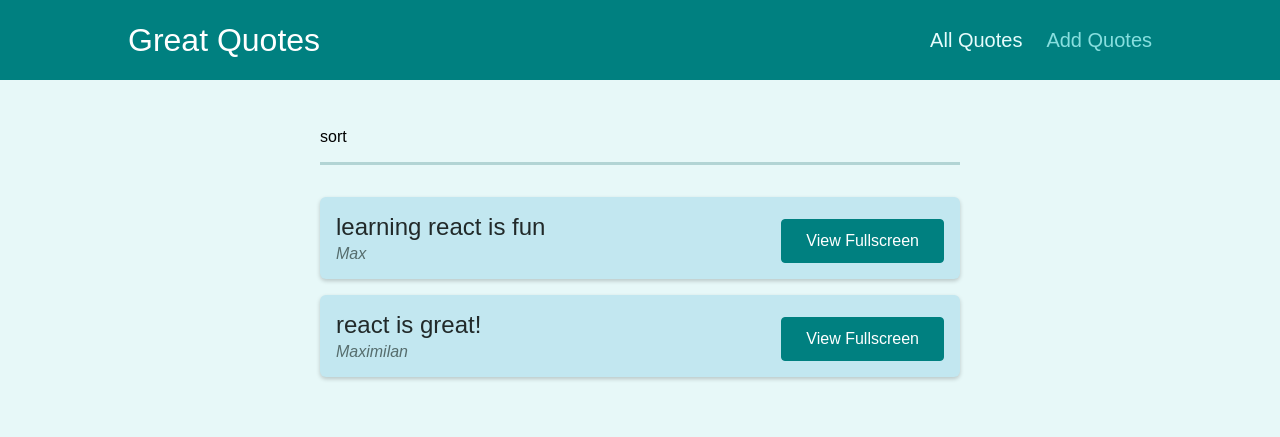
Repository: NamalPathirana/react-router-prac-two-demo
Page: /
An editor plug-in stored every save of this project. The page is shown before and after the next save, followed by the edit.
The browser window is 1280 px wide. The pictures show the whole page.
The project was rebuilt for these pictures with package versions that can differ from the ones it lists, and the page was loaded fresh each time. Also part of the build but not shown: src/components/UI/Card.module.css, src/components/UI/Card.js, src/components/UI/LoadingSpinner.module.css, src/components/UI/LoadingSpinner.js, src/components/quotes/QuoteForm.module.css, src/components/quotes/QuoteForm.js, src/components/pages/AddQuotes.js, src/components/pages/NotFound.js and 7 more.

Above is the page before, as saved 2022-04-21 16:02:14.

After the next save:
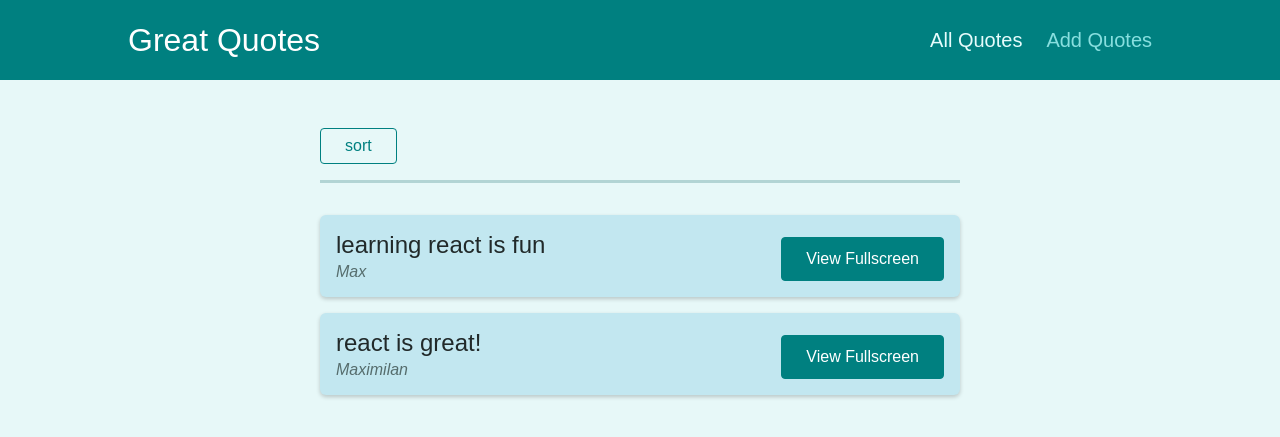
Saved 28 s later.
--- a/src/components/quotes/QuoteList.js
+++ b/src/components/quotes/QuoteList.js
@@ -7,7 +7,9 @@ const QuoteList = (props) => {
   return (
     <Fragment>
       <div className={classes.sorting}>
-        sort
+        <button>
+          sort
+        </button>
       </div>
       <ul className={classes.list}>
         {props.quotes.map((quote) => (
